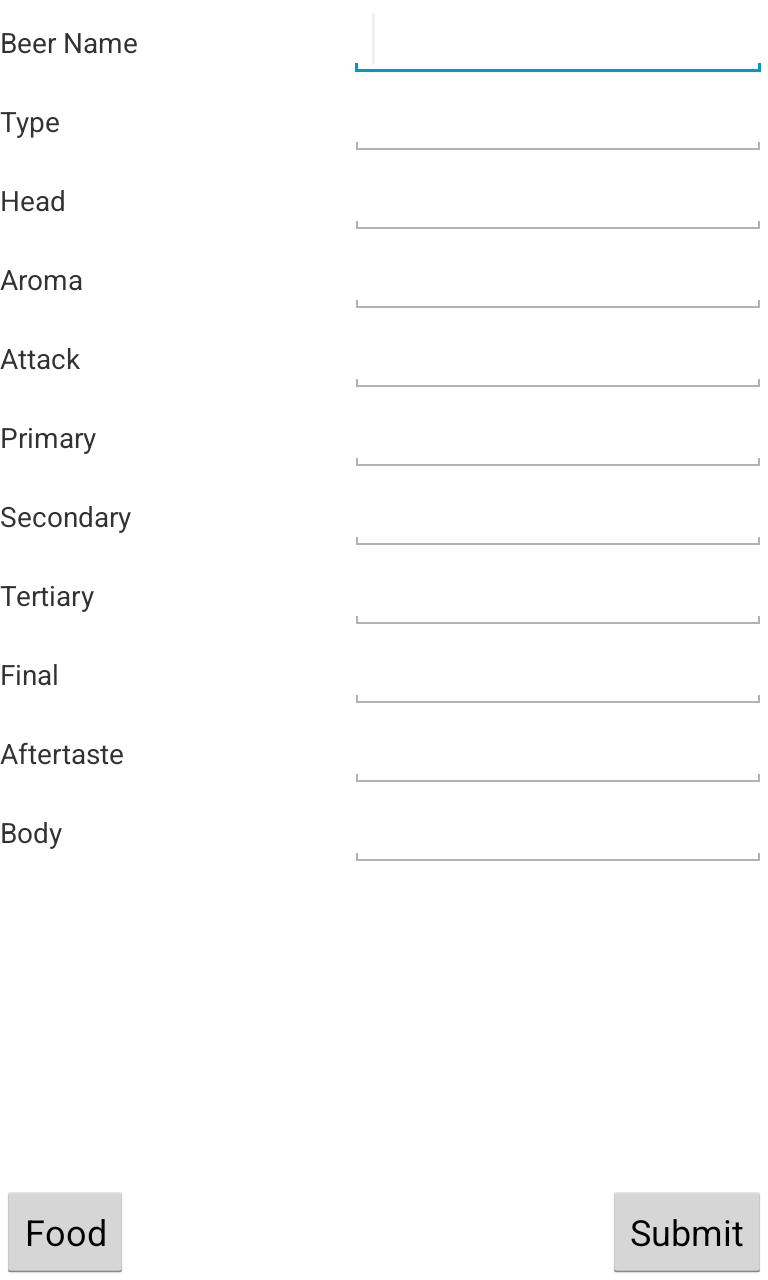
Repository: majorflight02/pairme
Layout: workspace/pairme/res/layout/fragment_beer_entry.xml
An editor plug-in stored every save of this project. The layout is shown before and after the next save, followed by the edit.
It is drawn on a 768 x 1280 px phone screen (xhdpi) without system bars, with theme AppTheme; the app's code is not run.

Above is the layout before, as saved 2013-08-25 19:02:09.

### workspace/pairme/res/layout/fragment_beer_entry.xml
<?xml version="1.0" encoding="utf-8"?>
<RelativeLayout xmlns:android="http://schemas.android.com/apk/res/android"
    android:layout_width="match_parent"
    android:layout_height="match_parent" >

    <Button
        android:id="@+id/fragment_beer_entry_food_btn"
        android:layout_width="wrap_content"
        android:layout_height="wrap_content"
        android:layout_alignBaseline="@+id/fragment_beer_entry_submit_btn"
        android:text="Food" />

    <Button
        android:id="@+id/fragment_beer_entry_submit_btn"
        android:layout_width="wrap_content"
        android:layout_height="wrap_content"
        android:layout_alignParentRight="true"
        android:layout_alignParentBottom="true"
        android:text="Submit" />


	    <TextView
	        android:id="@+id/fragment_beer_entry_beername_textfield"
	        android:layout_width="wrap_content"
	        android:layout_height="wrap_content"
	        android:layout_alignParentTop="true"
	        android:layout_alignParentLeft="true"
	        android:layout_alignBaseline="@+id/fragment_beer_entry_beername_edittext"
	        android:text="Beer Name" />

	    <EditText
	        android:id="@+id/fragment_beer_entry_beername_edittext"
	        android:layout_width="wrap_content"
	        android:layout_height="wrap_content"
	        android:layout_alignParentTop="true"
	        android:layout_alignParentRight="true"
	        android:ems="10" >

	        <requestFocus />
	    </EditText>

	    <TextView
	        android:id="@+id/fragment_beer_entry_type_textfield"
	        android:layout_width="wrap_content"
	        android:layout_height="wrap_content"
	        android:layout_below="@+id/fragment_beer_entry_beername_textfield"
	        android:layout_alignBaseline="@+id/fragment_beer_entry_type_edittext"
	        android:text="Type" />

	    <EditText
	        android:id="@+id/fragment_beer_entry_type_edittext"
	        android:layout_width="wrap_content"
	        android:layout_height="wrap_content"
	        android:layout_below="@+id/fragment_beer_entry_beername_edittext"
	        android:layout_alignRight="@+id/fragment_beer_entry_beername_edittext"
	        android:ems="10" >

	    </EditText>

	    <TextView
	        android:id="@+id/fragment_beer_entry_head_textfield"
	        android:layout_width="wrap_content"
	        android:layout_height="wrap_content"
	        android:layout_below="@+id/fragment_beer_entry_type_textfield"
	        android:layout_alignBaseline="@+id/fragment_beer_entry_head_edittext"
	        android:text="Head" />

	    <EditText
	        android:id="@+id/fragment_beer_entry_head_edittext"
	        android:layout_width="wrap_content"
	        android:layout_height="wrap_content"
	        android:layout_below="@+id/fragment_beer_entry_type_edittext"
	        android:layout_alignRight="@+id/fragment_beer_entry_type_edittext"
	        android:ems="10" >

	    </EditText>

	    <TextView
	        android:id="@+id/fragment_beer_entry_aroma_textfield"
	        android:layout_width="wrap_content"
	        android:layout_height="wrap_content"
	        android:layout_below="@+id/fragment_beer_entry_head_textfield"
	        android:layout_alignBaseline="@+id/fragment_beer_entry_aroma_edittext"
	        android:text="Aroma" />

	    <EditText
	        android:id="@+id/fragment_beer_entry_aroma_edittext"
	        android:layout_width="wrap_content"
	        android:layout_height="wrap_content"
	        android:layout_below="@+id/fragment_beer_entry_head_edittext"
	        android:layout_alignRight="@+id/fragment_beer_entry_head_edittext"
	        android:ems="10" >

	    </EditText>

	    <TextView
	        android:id="@+id/fragment_beer_entry_attack_textfield"
	        android:layout_width="wrap_content"
	        android:layout_height="wrap_content"
	        android:layout_below="@+id/fragment_beer_entry_aroma_textfield"
	        android:layout_alignBaseline="@+id/fragment_beer_entry_attack_edittext"
	        android:text="Attack" />

	    <EditText
	        android:id="@+id/fragment_beer_entry_attack_edittext"
	        android:layout_width="wrap_content"
	        android:layout_height="wrap_content"
	        android:layout_below="@+id/fragment_beer_entry_aroma_edittext"
	        android:layout_alignRight="@+id/fragment_beer_entry_aroma_edittext"
	        android:ems="10" >

	    </EditText>

	    <TextView
	        android:id="@+id/fragment_beer_entry_primary_textfield"
	        android:layout_width="wrap_content"
	        android:layout_height="wrap_content"
	        android:layout_below="@+id/fragment_beer_entry_attack_textfield"
	        android:layout_alignBaseline="@+id/fragment_beer_entry_primary_edittext"
	        android:text="Primary" />

	    <EditText
	        android:id="@+id/fragment_beer_entry_primary_edittext"
	        android:layout_width="wrap_content"
	        android:layout_height="wrap_content"
	        android:layout_below="@+id/fragment_beer_entry_attack_edittext"
	        android:layout_alignRight="@+id/fragment_beer_entry_attack_edittext"
	        android:ems="10" >

	    </EditText>

	    <TextView
	        android:id="@+id/fragment_beer_entry_secondary_textfield"
	        android:layout_width="wrap_content"
	        android:layout_height="wrap_content"
	        android:layout_below="@+id/fragment_beer_entry_primary_textfield"
	        android:layout_alignBaseline="@+id/fragment_beer_entry_secondary_edittext"
	        android:text="Secondary" />

	    <EditText
	        android:id="@+id/fragment_beer_entry_secondary_edittext"
	        android:layout_width="wrap_content"
	        android:layout_height="wrap_content"
	        android:layout_below="@+id/fragment_beer_entry_primary_edittext"
	        android:layout_alignRight="@+id/fragment_beer_entry_attack_edittext"
	        android:ems="10" >

	    </EditText>

	    <TextView
	        android:id="@+id/fragment_beer_entry_tertiary_textfield"
	        android:layout_width="wrap_content"
	        android:layout_height="wrap_content"
	        android:layout_below="@+id/fragment_beer_entry_secondary_textfield"
	        android:layout_alignBaseline="@+id/fragment_beer_entry_tertiary_edittext"
	        android:text="Tertiary" />

	    <EditText
	        android:id="@+id/fragment_beer_entry_tertiary_edittext"
	        android:layout_width="wrap_content"
	        android:layout_height="wrap_content"
	        android:layout_below="@+id/fragment_beer_entry_secondary_edittext"
	        android:layout_alignRight="@+id/fragment_beer_entry_secondary_edittext"
	        android:ems="10" >

	    </EditText>

	    <TextView
	        android:id="@+id/fragment_beer_entry_final_textfield"
	        android:layout_width="wrap_content"
	        android:layout_height="wrap_content"
	        android:layout_below="@+id/fragment_beer_entry_tertiary_textfield"
	        android:layout_alignBaseline="@+id/fragment_beer_entry_final_edittext"
	        android:text="Final" />

	    <EditText
	        android:id="@+id/fragment_beer_entry_final_edittext"
	        android:layout_width="wrap_content"
	        android:layout_height="wrap_content"
	        android:layout_below="@+id/fragment_beer_entry_tertiary_edittext"
	        android:layout_alignRight="@+id/fragment_beer_entry_tertiary_edittext"
	        android:ems="10" >

	    </EditText>

	    <TextView
	        android:id="@+id/fragment_beer_entry_aftertaste_textfield"
	        android:layout_width="wrap_content"
	        android:layout_height="wrap_content"
	        android:layout_below="@+id/fragment_beer_entry_final_textfield"
	        android:layout_alignBaseline="@+id/fragment_beer_entry_aftertaste_edittext"
	        android:text="Aftertaste" />

	    <EditText
	        android:id="@+id/fragment_beer_entry_aftertaste_edittext"
	        android:layout_width="wrap_content"
	        android:layout_height="wrap_content"
	        android:layout_below="@+id/fragment_beer_entry_final_edittext"
	        android:layout_alignRight="@+id/fragment_beer_entry_final_edittext"
	        android:ems="10" >

	    </EditText>

	    <TextView
	        android:id="@+id/fragment_beer_entry_body_textfield"
	        android:layout_width="wrap_content"
	        android:layout_height="wrap_content"
	        android:layout_below="@+id/fragment_beer_entry_aftertaste_textfield"
	        android:layout_alignBaseline="@+id/fragment_beer_entry_body_edittext"
	        android:text="Body" />

	    <EditText
	        android:id="@+id/fragment_beer_entry_body_edittext"
	        android:layout_width="wrap_content"
	        android:layout_height="wrap_content"
	        android:layout_below="@+id/fragment_beer_entry_aftertaste_edittext"
	        android:layout_alignRight="@+id/fragment_beer_entry_aftertaste_edittext"
	        android:ems="10" >

	    </EditText>

</RelativeLayout>

Loaded but not shown: workspace/pairme/res/values/styles.xml (common file); workspace/pairme/res/values-v11/styles.xml (common file); workspace/pairme/res/values-v14/styles.xml (common file)

After the next save:
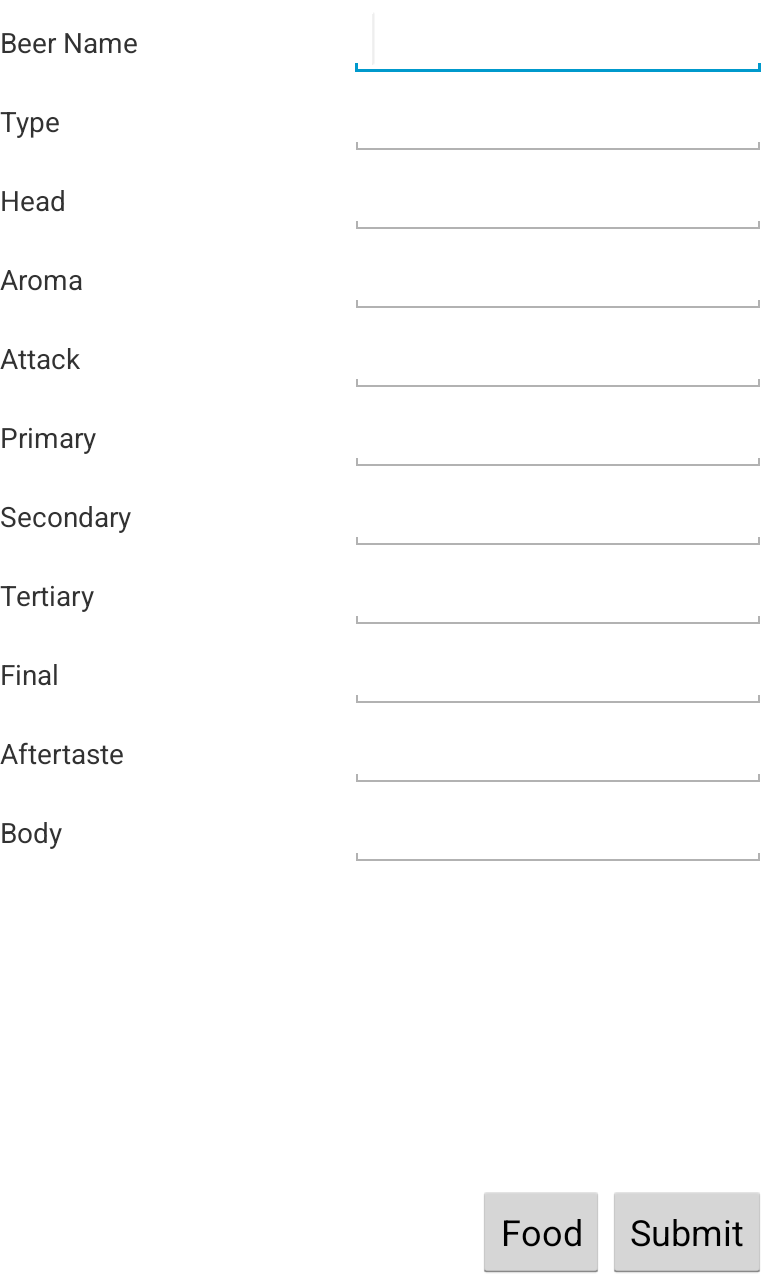
Saved 25 s later.
--- a/workspace/pairme/res/layout/fragment_beer_entry.xml
+++ b/workspace/pairme/res/layout/fragment_beer_entry.xml
@@ -8,6 +8,7 @@
         android:layout_width="wrap_content"
         android:layout_height="wrap_content"
         android:layout_alignBaseline="@+id/fragment_beer_entry_submit_btn"
+        android:layout_toLeftOf="@+id/fragment_beer_entry_submit_btn"
         android:text="Food" />
 
     <Button
